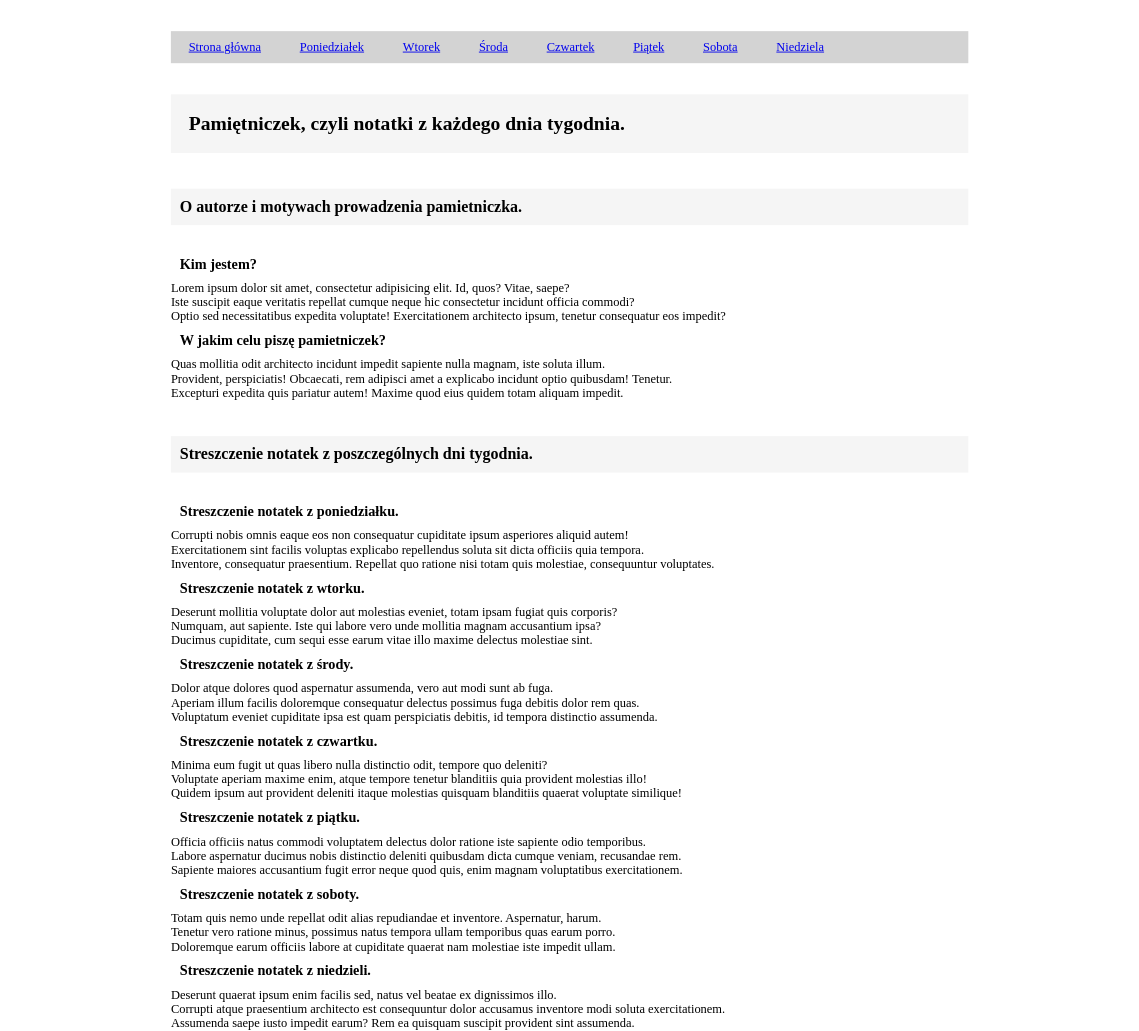
Repository: ArturNatwora/hompage
Page: index.html
The author's editor kept a copy of each file at every save. The page is drawn from the files as they stood at one save, then again after the next save.
The browser window is 1280 px wide. The pictures show the whole page, at 89% of full size.

Above is the page before, as saved 2019-06-11 19:15:36.

After the next save:
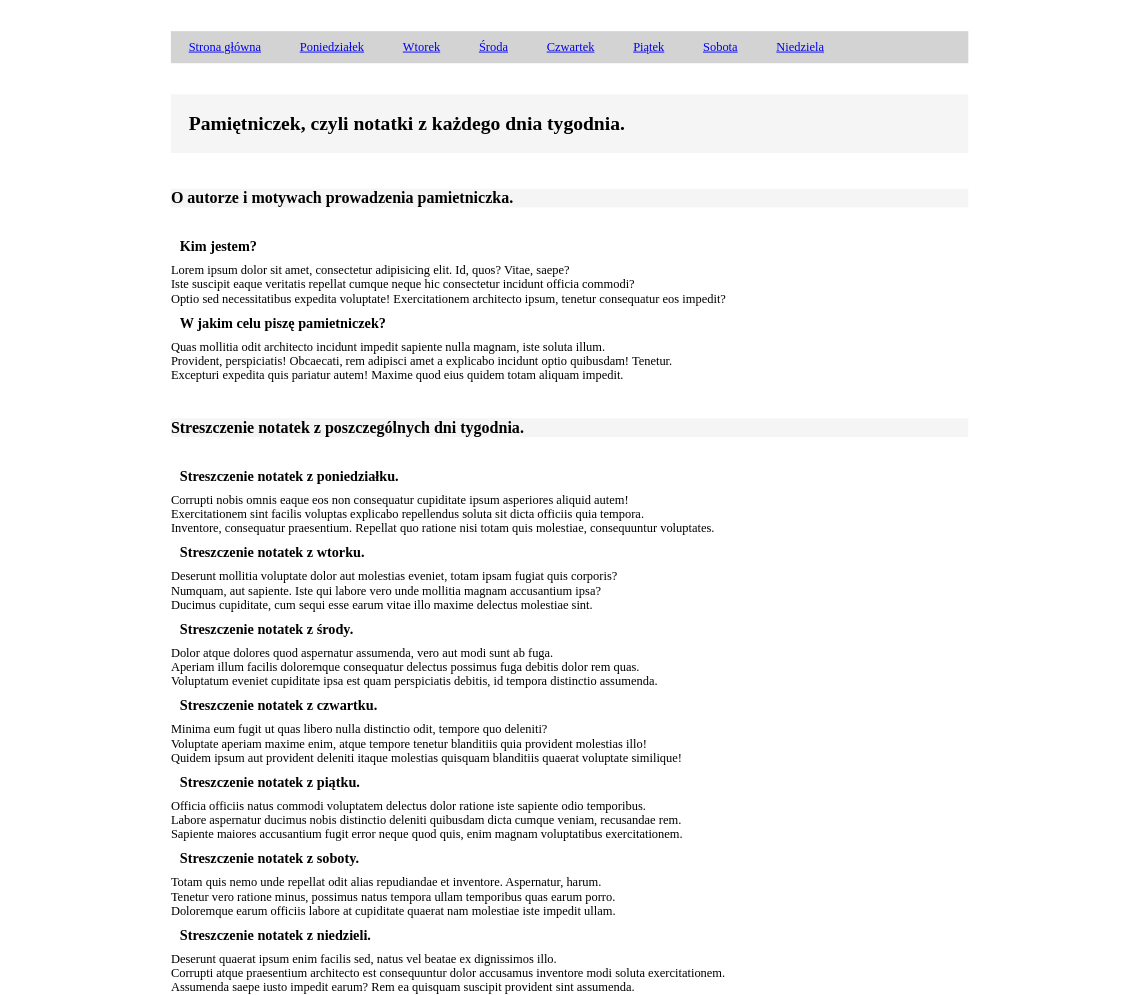
Saved 2 min 34 s later.
--- a/index.css
+++ b/index.css
@@ -59,7 +59,7 @@
     font-size: 18px;
     display: block;
     margin:25px 0;
-    padding: 10px;
+    padding: 0px;
     background: whitesmoke;
 }
 .article{

After the save that followed:
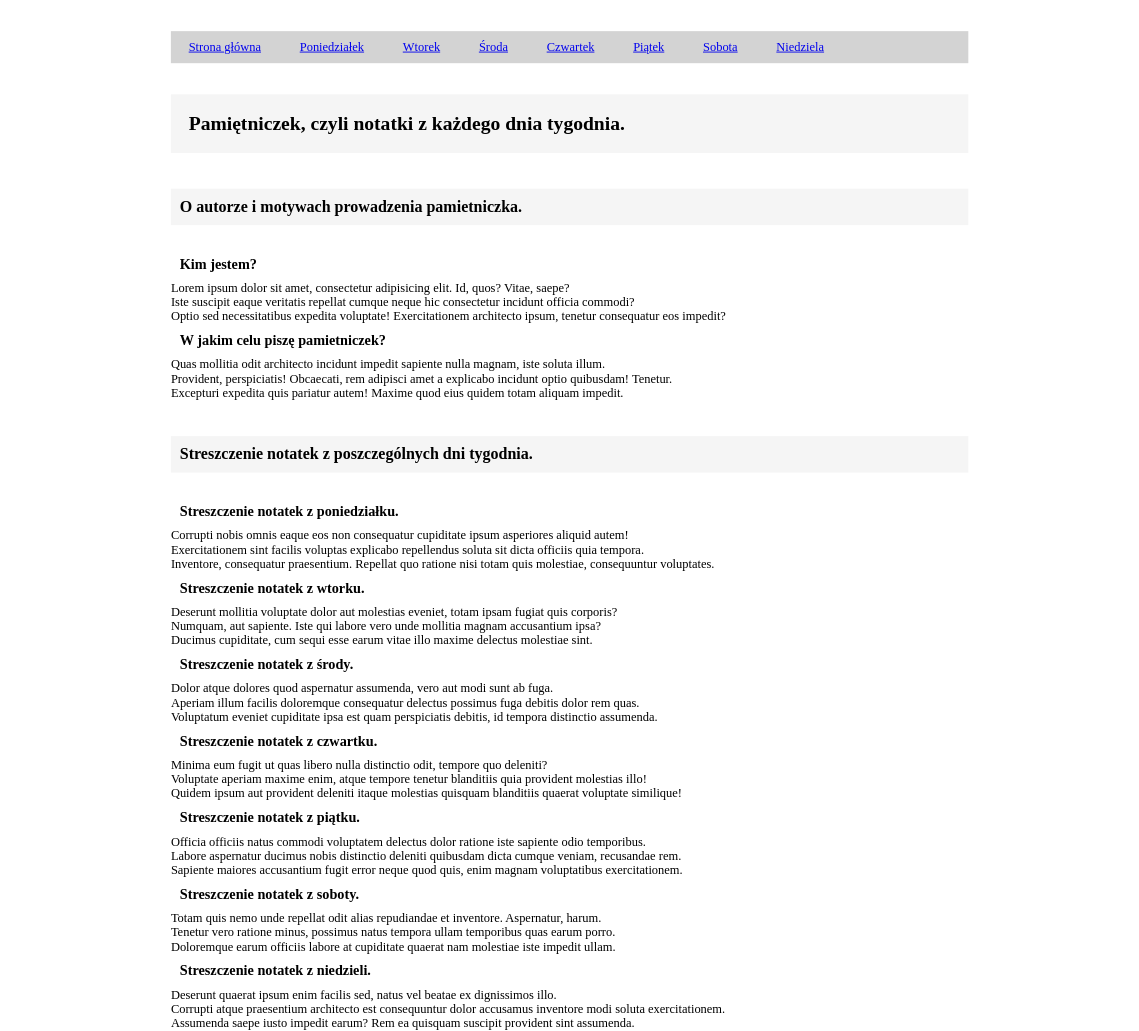
Saved 55 s later.
--- a/index.css
+++ b/index.css
@@ -59,7 +59,7 @@
     font-size: 18px;
     display: block;
     margin:25px 0;
-    padding: 0px;
+    padding: 10px;
     background: whitesmoke;
 }
 .article{
